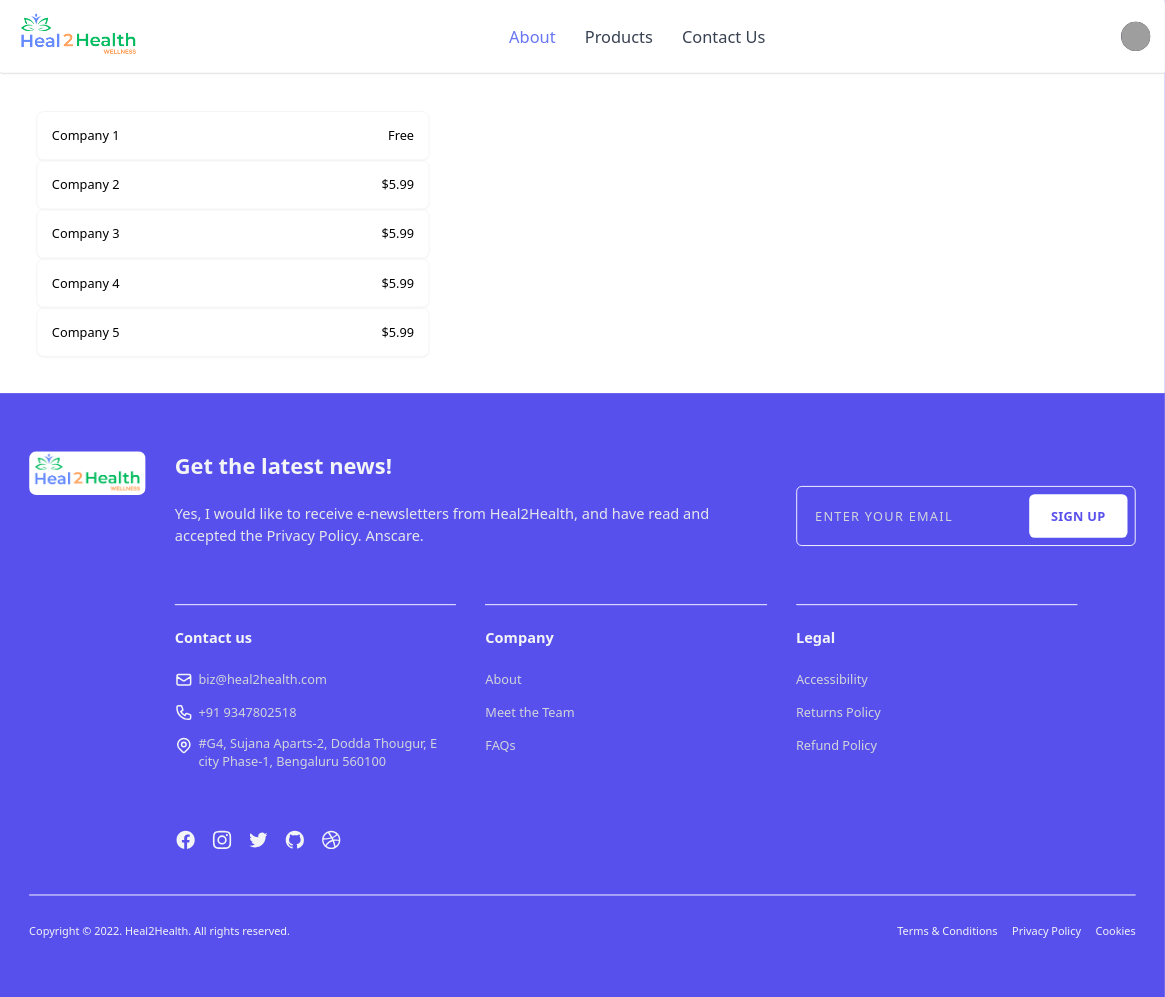
Repository: Akash123-coder/H2H
Page: /SignUp (app in Frontend/)
An editor plug-in stored every save of this project. The page is shown before and after the next save, followed by the edit.
The browser window is 1280 px wide. The pictures show the whole page, at 91% of full size.
Pictures or frames that could not be fetched are drawn as grey boxes. The project was rebuilt for these pictures with package versions that can differ from the ones it lists, and the page was loaded fresh each time. Also part of the build but not shown: Frontend/vite.config.ts, Frontend/src/pages/About.tsx, Frontend/src/components/Cta.jsx, Frontend/src/pages/Home.tsx, Frontend/src/components/Buttonsm.tsx, Frontend/src/components/Buttonrm.tsx, Frontend/src/components/Product.tsx, Frontend/src/pages/Prescription.jsx and 2 more.

Above is the page before, as saved 2022-09-27 17:16:38.

After the next save:
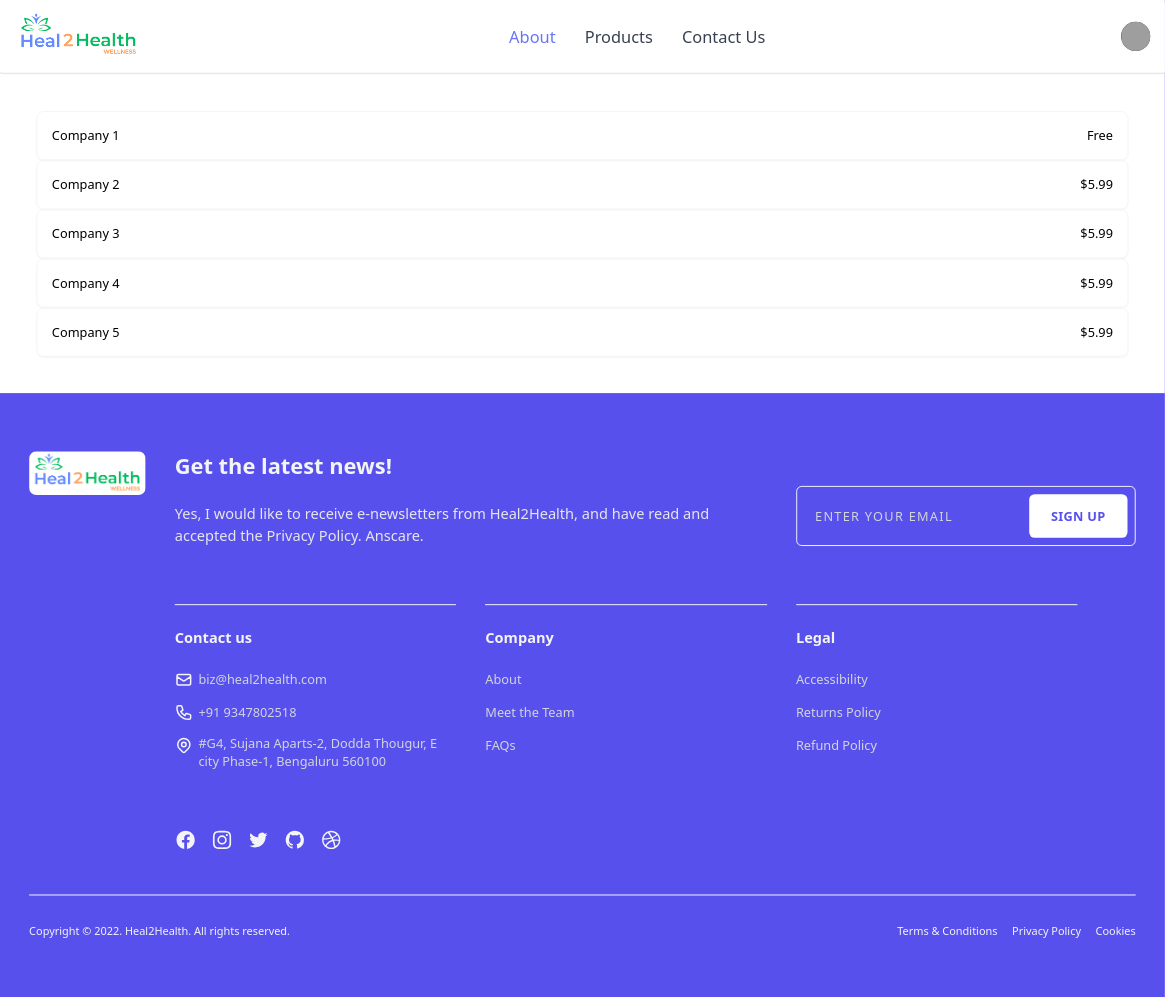
Saved 3 s later.
--- a/Frontend/src/pages/CompanyNameSelect.jsx
+++ b/Frontend/src/pages/CompanyNameSelect.jsx
@@ -3,7 +3,7 @@ import React from 'react'
 function CompanyNameSelect() {
   return (
     <div>
-      <div class="p-10  max-w-lg">
+      <div class="p-10 max-w-full ">
         <div>
           <input
             class="hidden peer"

After the save that followed:
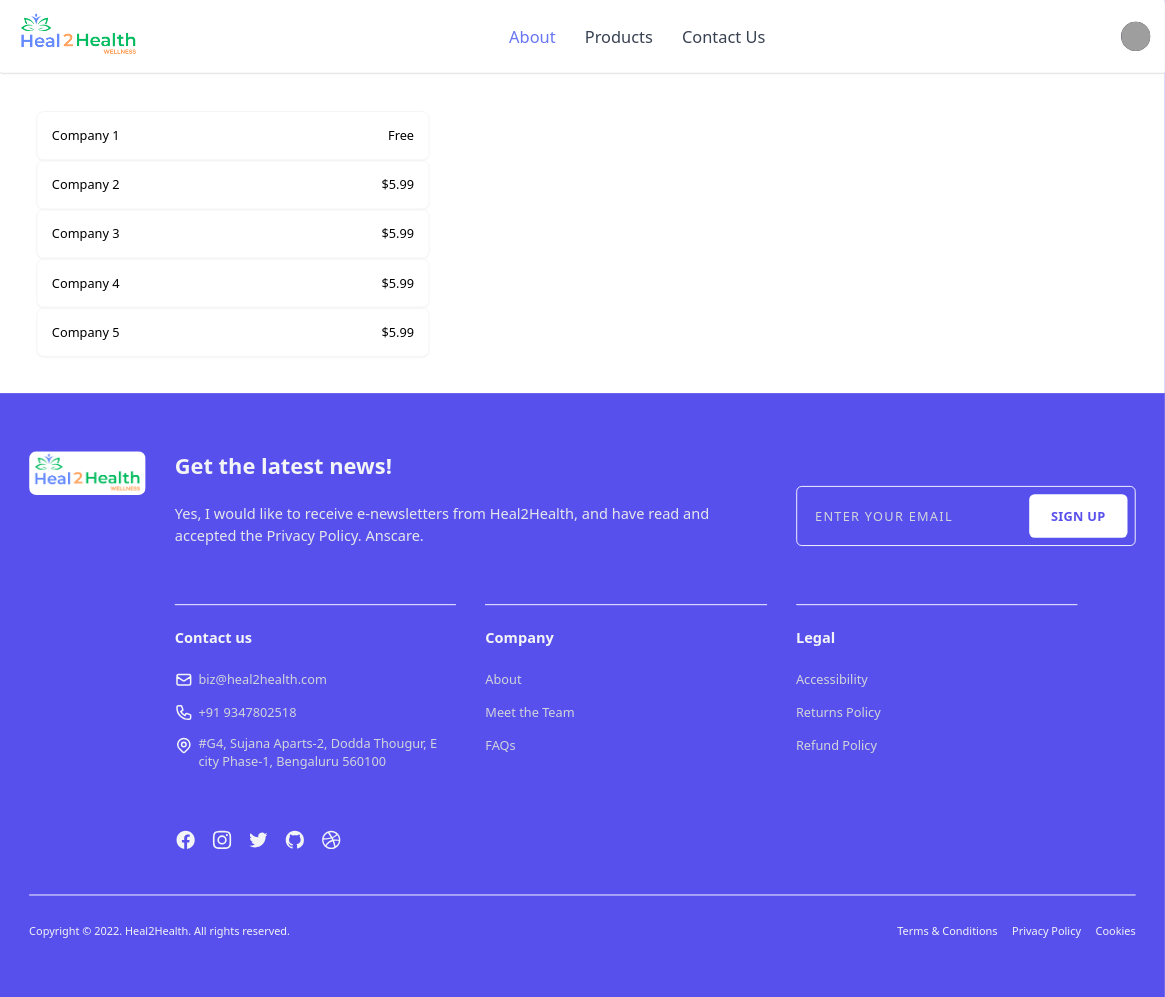
Saved 5 s later.
--- a/Frontend/src/pages/CompanyNameSelect.jsx
+++ b/Frontend/src/pages/CompanyNameSelect.jsx
@@ -3,7 +3,7 @@ import React from 'react'
 function CompanyNameSelect() {
   return (
     <div>
-      <div class="p-10 max-w-full ">
+      <div class="p-10 max-w-lg ">
         <div>
           <input
             class="hidden peer"
